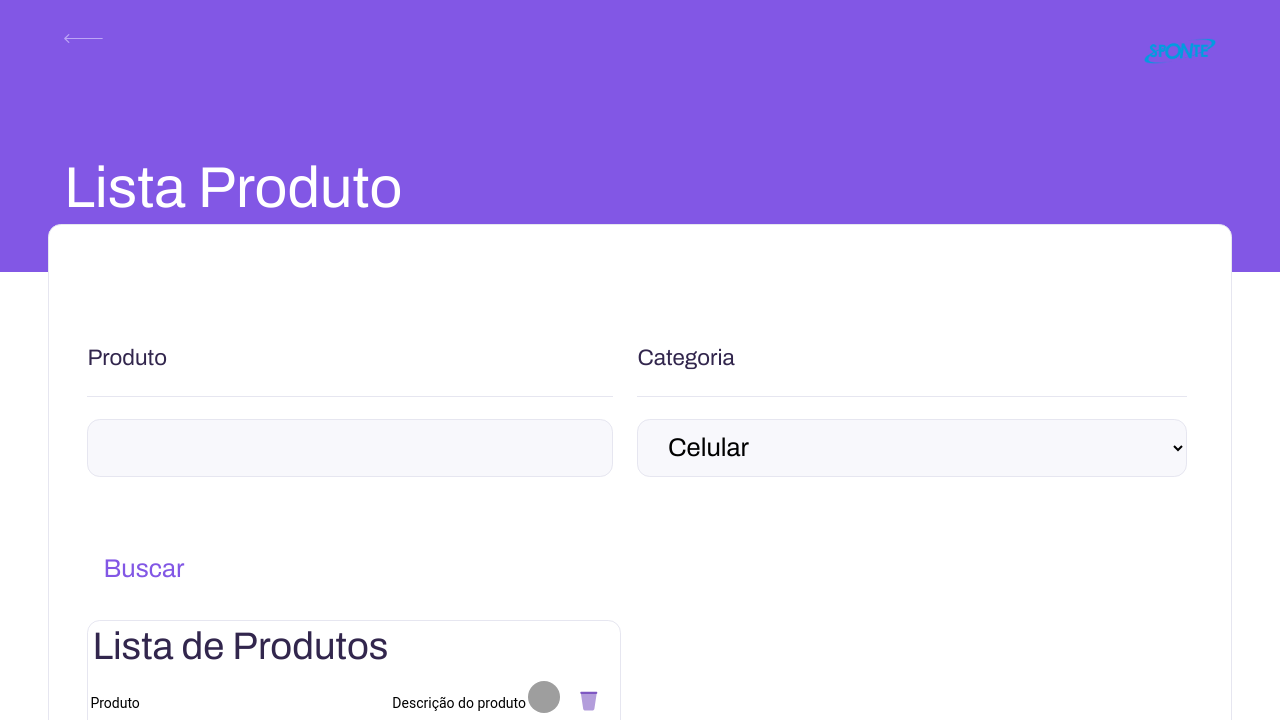
Repository: Henrique-Hoi-Dev/avalia-o-front-end
Page: /list (app in web/)
An editor plug-in stored every save of this project. The page is shown before and after the next save, followed by the edit.
The browser window is 1280 px wide. The pictures show the whole page.
Pictures or frames that could not be fetched are drawn as grey boxes. An inner scrolling area shows only its first screen. The project was rebuilt for these pictures with package versions that can differ from the ones it lists, and the page was loaded fresh each time. Also part of the build but not shown: web/src/pages/Home/styles.js, web/src/pages/Home/index.js, web/src/services/api.js, web/src/pages/RegistrationProduct/styles.js, web/src/components/HeaderRecord/styles.js, web/src/components/HeaderRecord/index.js, web/src/pages/RegistrationProduct/Avatarinput/styles.js, web/src/pages/RegistrationProduct/Avatarinput/index.js and 1 more.

Above is the page before, as saved 2020-09-02 21:46:28.

### web/public/index.html
<!DOCTYPE html>
<html lang="en">
  <head>
    <meta charset="utf-8" />
    <link rel="icon" href="%PUBLIC_URL%/favicon.ico" />
    <meta name="viewport" content="width=device-width, initial-scale=1" />
    <meta name="theme-color" content="#000000" />
    <meta
      name="description"
      content="Web site created using create-react-app"
    />
    <link
      href="https://fonts.googleapis.com/css2?family=Archivo:ital,wght@0,400;1,700&family=Poppins&display=swap"
      rel="stylesheet"
    />

    <title>Controle de estoque</title>
  </head>
  <body>
    <noscript>You need to enable JavaScript to run this app.</noscript>
    <div id="root"></div>
  </body>
</html>

### web/src/App.js
import React from 'react';
import Routes from './routes';

import GlobalStyle from './styles/global';

function App() {
  return (
    <>
      <Routes />
      <GlobalStyle />
    </>
  );
}

export default App;

### web/src/routes.js
import React from 'react';
import { BrowserRouter, Route } from 'react-router-dom';

import Home from './pages/Home';
import ListProduct from './pages/ListProduct';
import RegistrationProduct from './pages/RegistrationProduct';

function Routes() {
  return (
    <BrowserRouter>
      <Route path="/" exact component={Home} />
      <Route path="/list" component={ListProduct} />
      <Route path="/record-product" component={RegistrationProduct} />
    </BrowserRouter>
  );
}

export default Routes;

### web/src/styles/global.js
import { createGlobalStyle } from 'styled-components';

export default createGlobalStyle`


  * {
    margin: 0;
    padding: 0;
    outline: 0;
    border: 0;
    box-sizing: border-box;
  }
  html, body, #root {
    height: 100%;
    overflow-x: hidden;
  }


  body {
    background: linear-gradient(-70deg #f0f0f7);
    -webkit-font-smoothing: antialiased !important;

  }

  body, input, button {

    font-size: 14px;
    font-family: 'Roboto', sans-serif;
  }

  button {
    cursor: pointer;
  }

  :root {

  --color-background: #f0f0f7;
  --color-primary-lighter: #9871f5;
  --color-primary-light: #916bea;
  --color-primary: #8257e5;
  --color-primary-dark: #774dd6;
  --color-primary-darker: #6842c2;
  --color-secundary: #04d361;
  --color-secundary-dark: #04bf58;
  --color-title-in-primary: #ffffff;
  --color-text-in-primary: #d4c2ff;
  --color-text-title: #32264d;
  --color-text-complement: #9c98a6;
  --color-text-base: #6a6180;
  --color-line-in-white: #e6e6f0;
  --color-input-background: #f8f8fc;
  --color-button-text: #ffffff;
  --color-box-base: #ffffff;
  --color-box-footer: #fafafc;
}
`;

### web/src/pages/ListProduct/index.js
import React from 'react';
import * as Yup from 'yup';

import Header from '../../components/HeaderList';
import { FcEmptyTrash } from 'react-icons/fc';
import { Formik, Field, Form } from 'formik';
import { Container } from './styles';

const schema = Yup.object().shape({
  product: Yup.string()
    .required('! Este compo é obrigatório.')
    .max(100, '! No máximo 100 caracteres'),
  categoria: Yup.string().required('! Este compo é obrigatório.'),
});

function ListProduct() {
  function onSubmit(values) {
    console.log(values);
  }
  return (
    <Container>
      <Header />
      <div className="header-main">
        <Formik
          onSubmit={onSubmit}
          validationSchema={schema}
          validateOnBlur
          initialValues={{
            product: '',
            categoria: 'celular',
          }}
          render={({ values, errors }) => (
            <Form className="form-input">
              <div id="header-busca" className="header-title">
                <div className="buscar">
                  <label htmlFor="product">Produto</label>
                  <Field name="product" type="text" />
                  <span>{errors.product}</span>
                </div>

                <div className="categoria">
                  <label htmlFor="categoria">Categoria</label>
                  <Field nome="categoria" component="select">
                    <option value="celular">Celular</option>
                    <option value="tvs">Tvs</option>
                    <option value="notbook">Notbook</option>
                    <option value="acessorios">Acessórios</option>
                  </Field>
                </div>
              </div>
              <button type="submit">Buscar</button>

              <table className="table-list">
                <thead className="table-title">
                  <td>Lista de Produtos</td>
                </thead>
                <tbody>
                  <tr>
                    <td>Produto</td>
                    <td>Descrição do produto</td>
                    <img src="https://github.com/Henrique-Hoi-Dev" />
                    <button>
                      <FcEmptyTrash />
                    </button>
                  </tr>
                  <tr>
                    <td>Produto 2</td>
                    <td>blaqweqwe qweqwe</td>
                  </tr>
                </tbody>
              </table>
            </Form>
          )}
        />
      </div>
    </Container>
  );
}

export default ListProduct;

### web/src/components/HeaderList/index.js
import React from 'react';
import { Link } from 'react-router-dom';

import { PageHeader } from './styles';
import backIcon from '../../assets/back.svg';
import logo from '../../assets/logo.png';

function HeaderList() {
  return (
    <PageHeader>
      <div className="header">
        <Link to="/">
          <img src={backIcon} alt="voltar" />
        </Link>
        <img src={logo} alt="voltar" />
      </div>

      <div className="header-content">
        <h2>Lista Produto</h2>
      </div>
    </PageHeader>
  );
}

export default HeaderList;

### web/src/pages/ListProduct/styles.js
import styled from 'styled-components';
import { darken } from 'polished';

export const Container = styled.div`
  width: 100vw;
  height: 100vh;

  .header-main {
    background: var(--color-box-base);
    width: 100%;
    max-width: 74rem;
    border: 0.1rem solid var(--color-line-in-white);
    border-radius: 0.8rem;
    margin: -3rem auto 3.2rem;
    padding-top: 6.4rem;
    overflow: hidden;
  }

  input,
  select {
    width: 100%;
    height: 3.6rem;
    border-radius: 0.8rem;
    background: var(--color-input-background);
    border: 1px solid var(--color-line-in-white);
    outline: 0;
    padding: 0 1.6rem;
    font: 1.6rem Archivo;
  }

  .form-input {
    border: 0;
    padding: 0 2.4rem;
    margin-top: 0.1rem;

    button {
      background: none;
      border: 0;
      margin: 1rem;
      color: var(--color-primary);
      font: 700 1.6rem Archivo;
      cursor: pointer;
      transition: color 0.2s;

      &:hover {
        color: ${darken(0.03, '#6842c2')};
      }
    }
  }
  .header-title span {
    color: #ff0000;
    align-self: flex-start;
    margin: 0 0 10px;
    font-weight: bold;
  }

  label {
    font: 700 1.4rem Archivo;
    color: var(--color-text-title);
    margin-bottom: 1.4rem;
    margin-top: 1rem;
    display: flex;
    align-items: center;
    justify-content: space-between;
    width: 100%;
    padding-bottom: 1.6rem;
    border-bottom: 1px solid var(--color-line-in-white);
  }
  main {
    margin: 3.2rem auto;
    width: 90%;
  }
  .table-list {
    background: var(--color-box-base);
    border: 1px solid var(--color-line-in-white);
    border-radius: 0.8rem;
    margin-top: 1.4rem;

    thead {
      font: 700 2.4rem Archivo;
      display: block;
      color: var(--color-text-title);
    }

    tbody {
      margin-left: 2.4rem;
    }

    img {
      width: 2rem;
      height: 2rem;
      border-radius: 50%;
    }
  }

  @media (min-width: 1100px) {
    #header-busca {
      max-width: 1100px;

      display: grid;
      grid-template-columns: 1fr 1fr;
      grid-template-rows: 210px;
      grid-template-areas: 'buscar categoria ';
    }

    .buscar {
      grid-area: buscar;
      margin-right: 1.5rem;
    }

    .categoria {
      grid-area: categoria;
    }
  }
`;

### web/src/components/HeaderList/styles.js
import styled from 'styled-components';

export const PageHeader = styled.div`
  display: flex;
  flex-direction: column;
  background-color: var(--color-primary);

  .header {
    width: 90%;
    margin: 0 auto;
    display: flex;
    justify-content: space-between;
    align-items: center;
    color: var(--color-text-in-primary);
    padding: 1.6rem 0;

    a {
      height: 3.2rem;
      transition: opacity 0.2s;

      :hover {
        opacity: 0.6;
      }
    }

    img {
      height: 1.6rem;
    }
  }

  .header-content {
    width: 90%;
    margin: 0 auto;
    position: relative;
    margin: 3.2rem auto;

    a {
      font: 700 3.6rem Archivo;
      line-height: 4.2rem;
      color: var(--color-title-in-primary);
    }

    h2 {
      font: 700 3.6rem Archivo;
      line-height: 4.2rem;
      color: var(--color-title-in-primary);
    }
  }
`;

Loaded but not shown: web/src/index.js (common file)

After the next save:
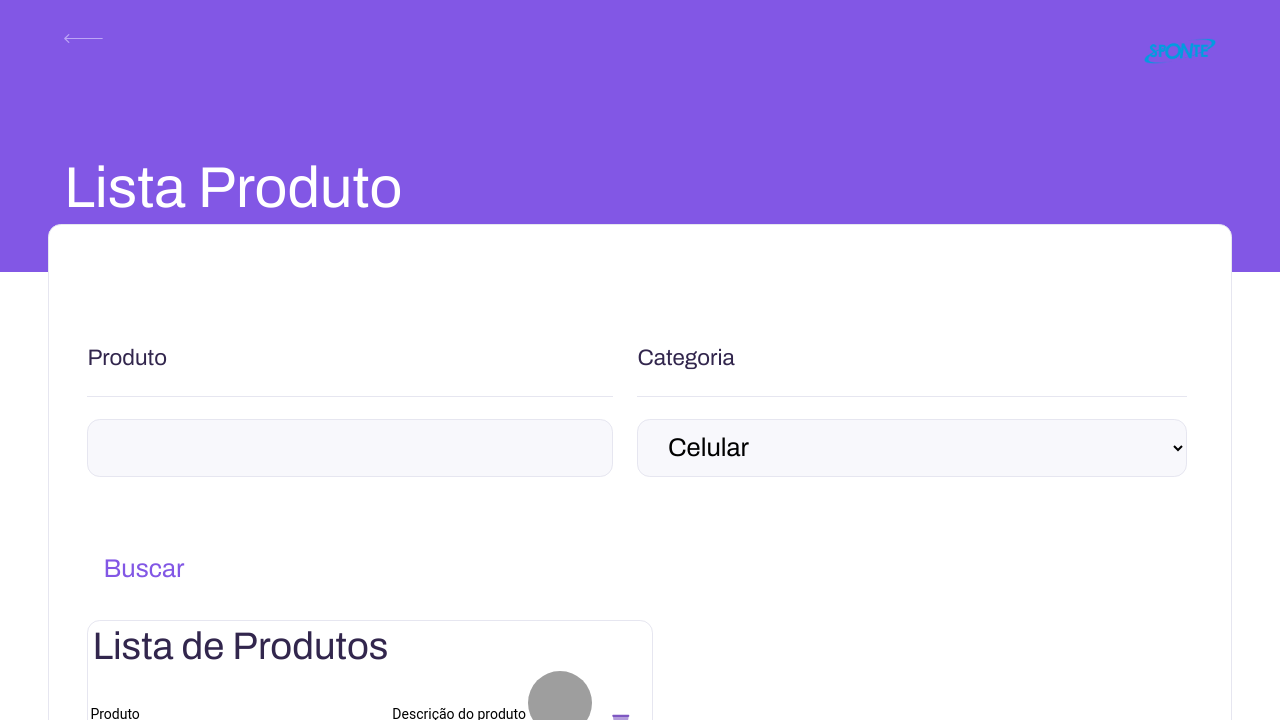
Saved 8 s later.
--- a/web/src/pages/ListProduct/styles.js
+++ b/web/src/pages/ListProduct/styles.js
@@ -87,8 +87,8 @@ export const Container = styled.div`
     }
 
     img {
-      width: 2rem;
-      height: 2rem;
+      width: 4rem;
+      height: 4rem;
       border-radius: 50%;
     }
   }
